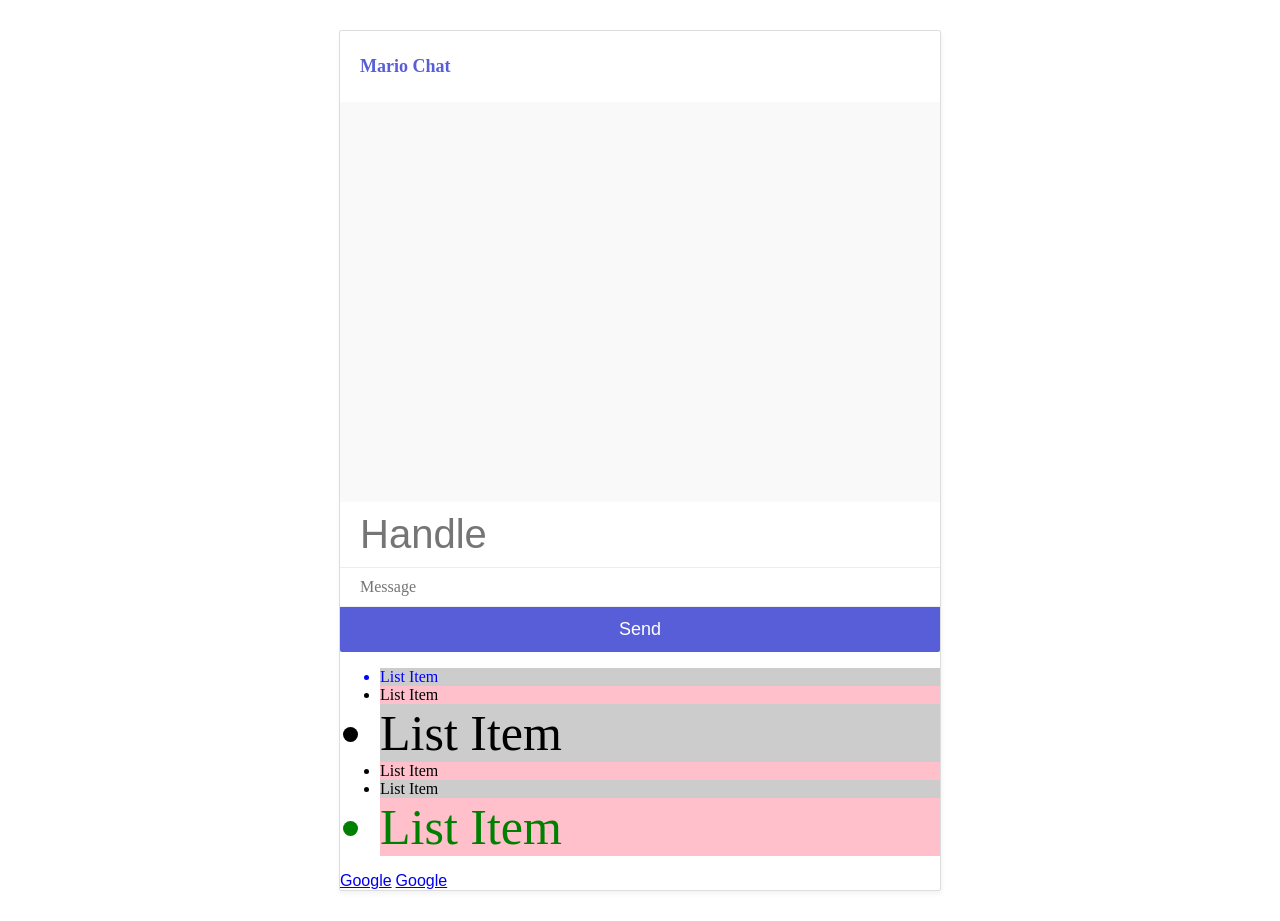
Repository: Promethees/websockets-playlist
Page: public/index.html
An editor plug-in stored every save of this project. The page is shown before and after the next save, followed by the edit.
The browser window is 1280 px wide. The pictures show the whole page.
The page's requests for data from a server got no answer. Some web libraries are served in a nearby version.

Above is the page before, as saved 2020-09-03 09:27:56.

After the next save:
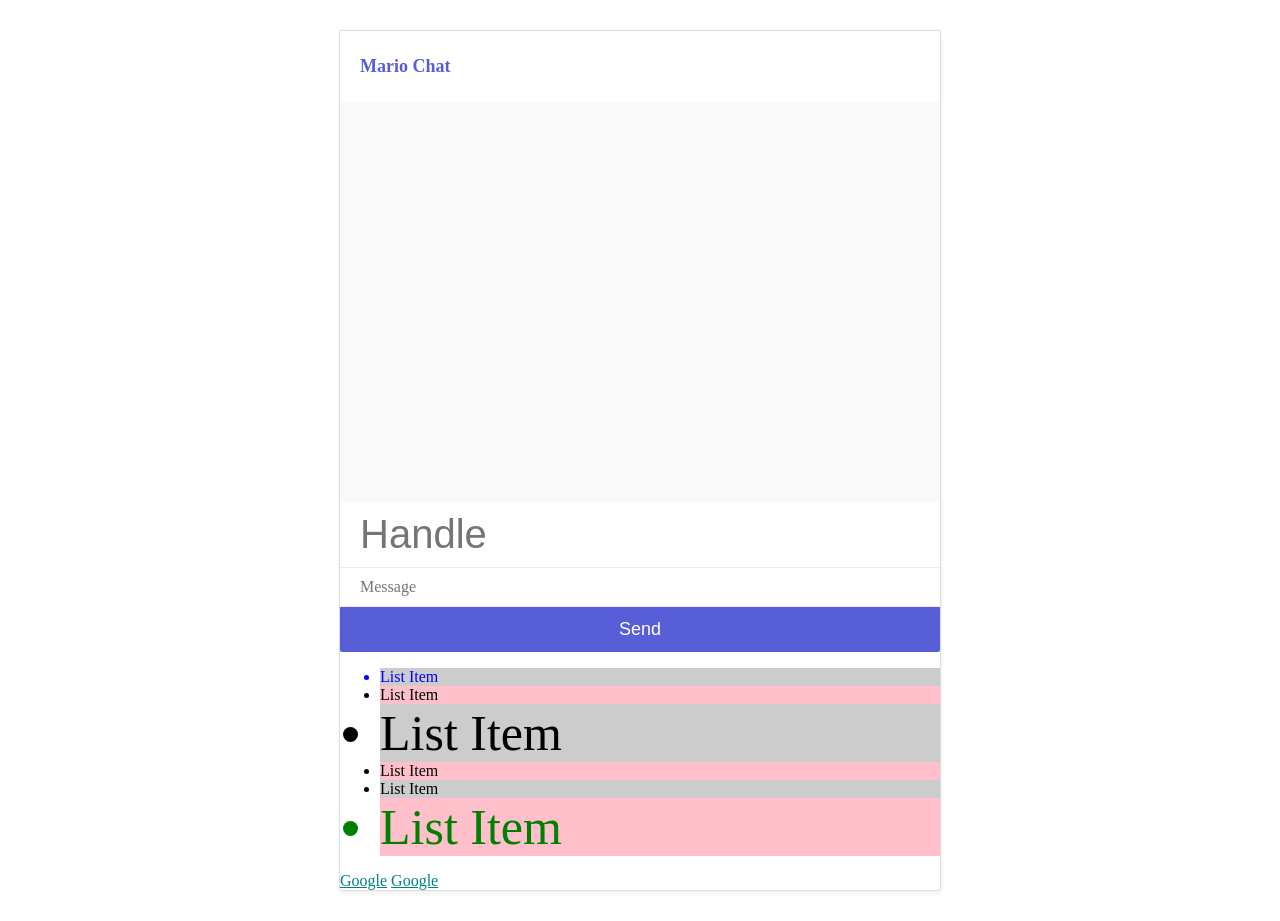
Saved 21 s later.
--- a/public/index.html
+++ b/public/index.html
@@ -41,7 +41,7 @@
             $('ul#list li:nth-child(3n)').css('font-size','50px'); //For 3,6,9 list items
             $(':text#handle').css('font-size','40px');
             $(':text#handle').css('font-family','arial');
-            $('[href]').css('font-family','arial')
+            $('[href]').css('color','teal')
 
 </script>
     </body>
